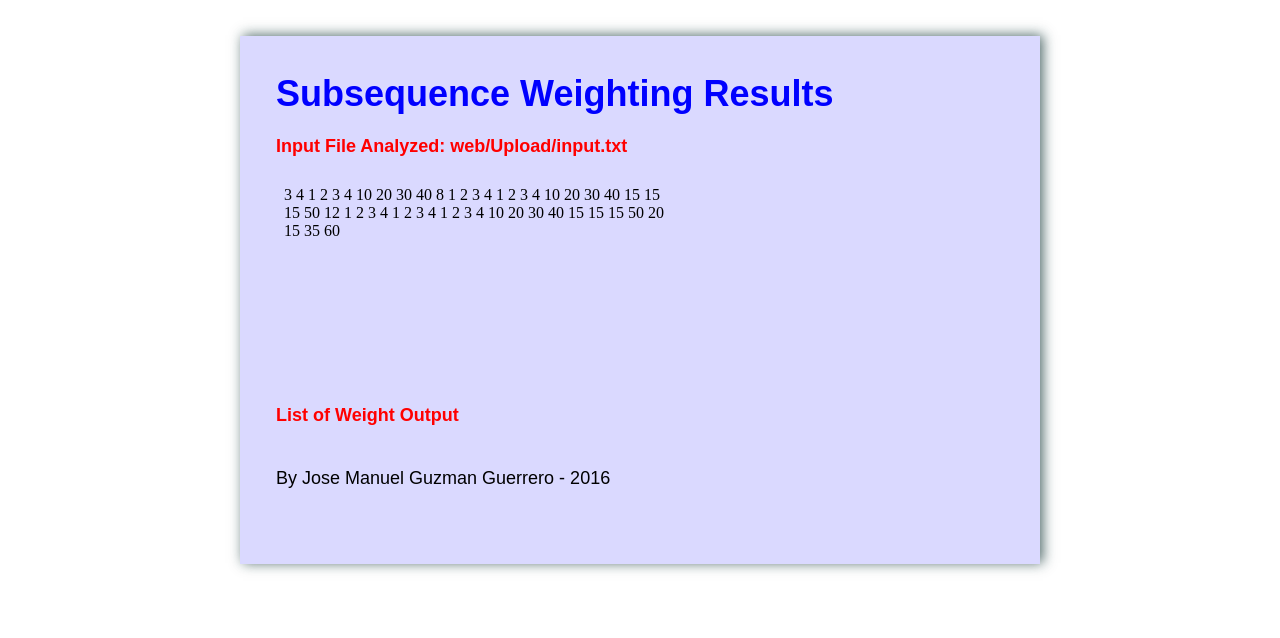
Repository: manolog8/subsequence
Page: src/SW/SubsequenceBundle/Resources/views/SubSequence/index.html.twig
The author's editor kept a record of every edit. The page is drawn from the files as they stood at one moment, then again after a run of edits.
The browser window is 1280 px wide. The pictures show the whole page.
The page is a Twig template of a Symfony application; nobody is signed in and links lead nowhere. The template is opened directly, without the code that normally fills it, so the values that code supplies are empty.

Above is the page before.

### src/SW/SubsequenceBundle/Resources/views/SubSequence/index.html.twig
<!DOCTYPE html>
<html>
    <head>
        <meta charset="UTF-8" />
        <title>{% block title %}Subsequence Weighting{% endblock %}</title>
        <link rel="icon" type="image/x-icon" href="{{ asset('favicon.ico') }}" />
    </head>
    <body>
    {% block body %}
    <div id="wrapper">
        <div id="container">
            <h1>Subsequence Weighting Results</h1>
                <div id="welcome">
                     <strong><p>Input File Analyzed: web/Upload/input.txt</p></strong>
                    <object type="text/plain" data='../../../../../../../../web/Upload/input.txt' width="400" height="180"></object>
                </div>
                <div id="welcome">
                    <strong><p>List of Weight Output</p></strong>
                </div>
                <div id="welcome">
                    <ul>
                    {% for key, weight in weightlist %}
                        <li>{{ key }}: <strong>{{ weight}}</strong></li>
                    {% endfor %}
                    </ul>
                </div>
                <div id="welcome">
                    <p>By Jose Manuel Guzman Guerrero - 2016 </p>
                </div>
        </div>
    </div>
{% endblock %}
{% block stylesheets %}
<style>
    body { background: #FFFFFF; font: 18px/1.5 sans-serif; }
    h1, h2 { line-height: 1.2; margin: 0 0 .5em;color:blue; }
    h1 { font-size: 36px; }
    h2 { font-size: 21px; margin-bottom: 1em; }
    p { margin: 0 0 1em 0; }
    a { color: #0000F0; }
    a:hover { text-decoration: none; }
    strong { color: Red; }
    #wrapper { background: #DAD9FF; margin: 1em auto; max-width: 800px; width: 95%; }
    #container { padding: 2em; box-shadow:  3px -1px 12px 0px rgba(14, 50, 50, 0.72);}
    #welcome, #status { margin-bottom: 2em; }
    #welcome h1 span { display: block; font-size: 75%; }
    #icon-status, #icon-book { float: left; height: 64px; margin-right: 1em; margin-top: -4px; width: 64px; }
    #icon-book { display: none; }

    @media (min-width: 768px) {
        #wrapper { width: 80%; margin: 2em auto; }
        #icon-book { display: inline-block; }
        #status a, #next a { display: block; }
        @-webkit-keyframes fade-in { 0% { opacity: 0; } 100% { opacity: 1; } }
        @keyframes fade-in { 0% { opacity: 0; } 100% { opacity: 1; } }
        .sf-toolbar { opacity: 0; -webkit-animation: fade-in 1s .2s forwards; animation: fade-in 1s .2s forwards;}
    }
</style>
{% endblock %}
</html>

### web/Upload/input.txt
3
4
1 2 3 4
10 20 30 40
8
1 2 3 4 1 2 3 4
10 20 30 40 15 15 15 50
12
1 2 3 4 1 2 3 4 1 2 3 4
10 20 30 40 15 15 15 50 20 15 35 60

After the next 2 edits:
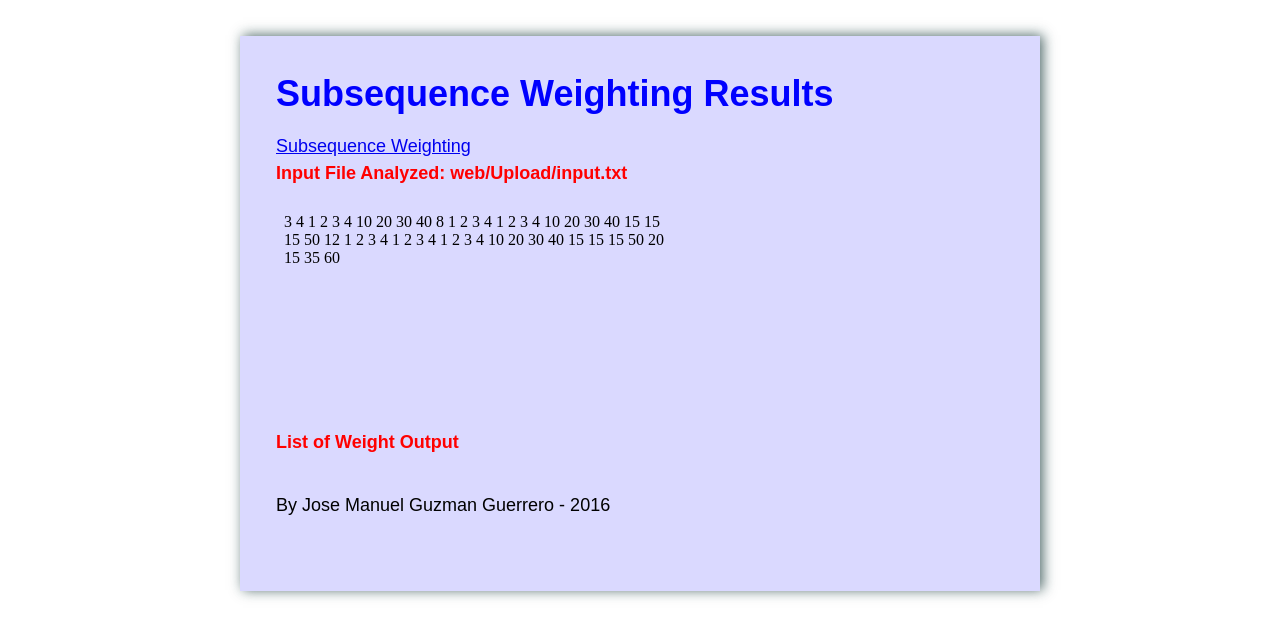
The 2 edits are shown as one change because 1 did not build or start.
The edit:
--- a/src/SW/SubsequenceBundle/Resources/views/SubSequence/index.html.twig
+++ b/src/SW/SubsequenceBundle/Resources/views/SubSequence/index.html.twig
@@ -10,6 +10,10 @@
     <div id="wrapper">
         <div id="container">
             <h1>Subsequence Weighting Results</h1>
+                 <div id="welcome">
+                <a href="https://www.hackerrank.com/challenges/subsequence-weighting">
+                        Subsequence Weighting
+                </a>
                 <div id="welcome">
                      <strong><p>Input File Analyzed: web/Upload/input.txt</p></strong>
                     <object type="text/plain" data='../../../../../../../../web/Upload/input.txt' width="400" height="180"></object>
